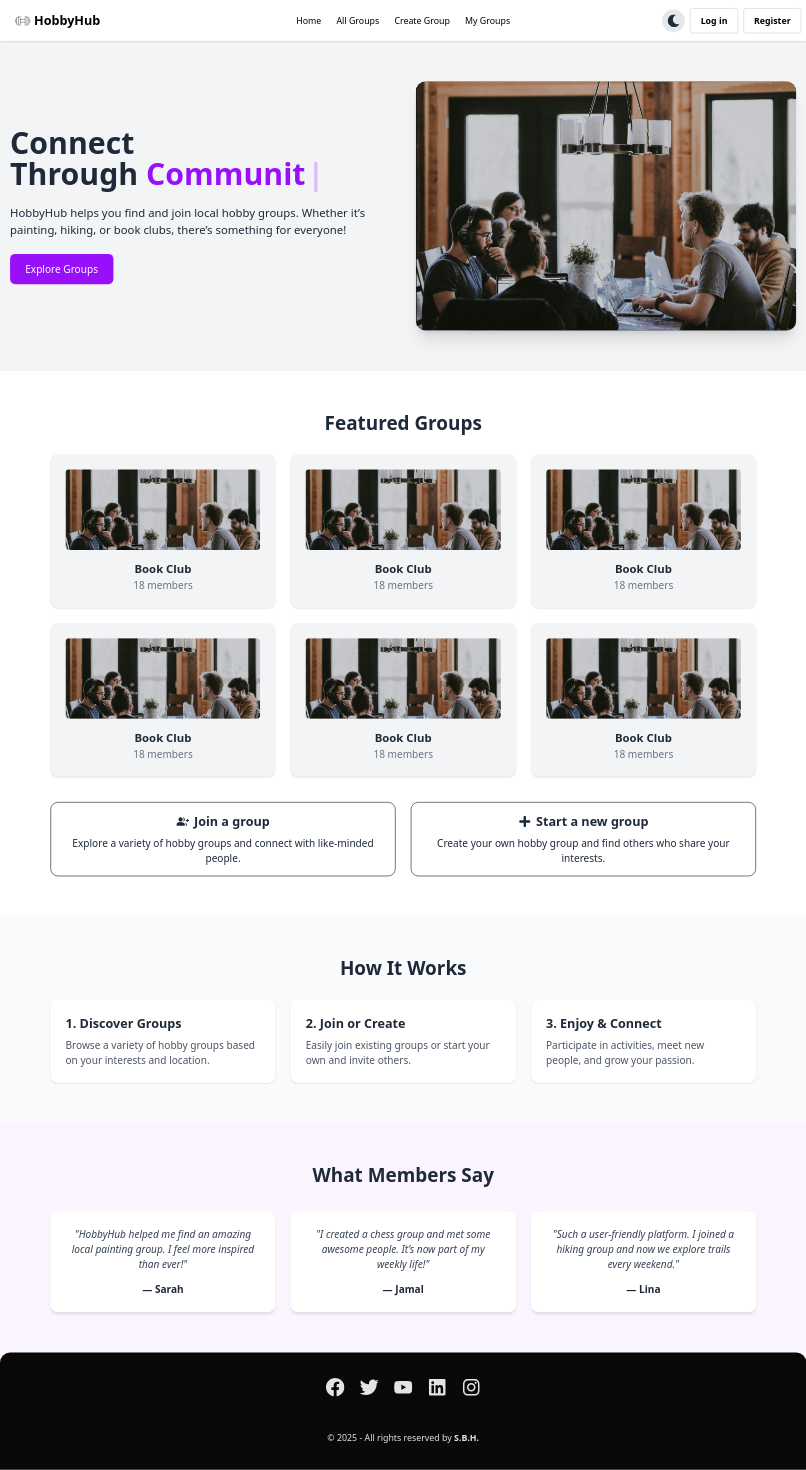
Repository: syedbayzid82849/Hobby_Hub_Client_site
Page: /
The author's editor kept a copy of each file at every save. The page is drawn from the files as they stood at one save, then again after a run of saves.
The browser window is 1280 px wide. The pictures show the whole page, at 63% of full size.
The project was rebuilt for these pictures with package versions that can differ from the ones it lists, and the page was loaded fresh each time. Also part of the build but not shown: src/App.jsx.

Above is the page before, as saved 2025-05-20 20:04:41.

After the next 2 saves:
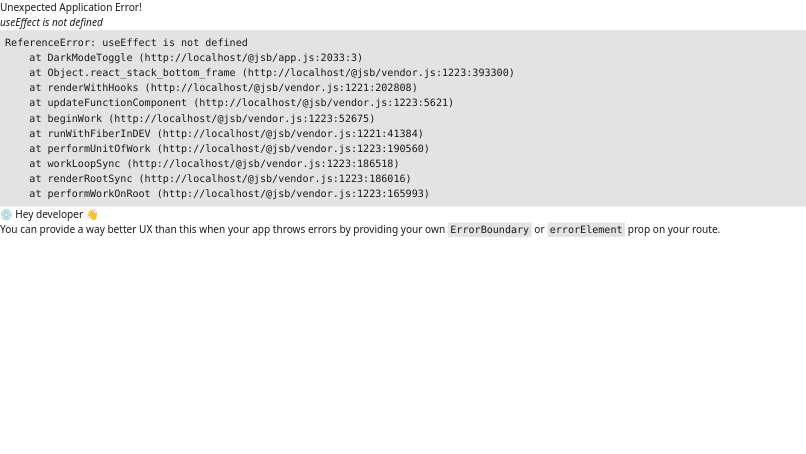
The 2 saves are shown as one change because they came seconds apart.
The last was saved 17 s later.
--- a/src/Components/DarkModeToggle/DarkModeToggle.jsx
+++ b/src/Components/DarkModeToggle/DarkModeToggle.jsx
@@ -1,32 +1,28 @@
-import { useEffect, useState } from "react";
-import { FaMoon, FaSun } from "react-icons/fa";
+// DarkModeToggle.jsx
 
 const DarkModeToggle = () => {
-    const [isDark, setIsDark] = useState(() => {
-        const stored = localStorage.getItem("theme");
-        return stored === "dark" || (!stored && window.matchMedia('(prefers-color-scheme: dark)').matches);
-    });
+    const handleToggle = () => {
+        const root = window.document.documentElement;
+        if (root.classList.contains("dark")) {
+            root.classList.remove("dark");
+            localStorage.setItem("theme", "light");
+        } else {
+            root.classList.add("dark");
+            localStorage.setItem("theme", "dark");
+        }
+    };
 
+    // set initial theme from localStorage
     useEffect(() => {
-        const html = document.documentElement;
-        if (isDark) {
-            html.classList.add("dark");
-            localStorage.setItem("theme", "dark");
-        } else {
-            html.classList.remove("dark");
-            localStorage.setItem("theme", "light");
+        const savedTheme = localStorage.getItem("theme");
+        if (savedTheme === "dark") {
+            document.documentElement.classList.add("dark");
         }
-    }, [isDark]);
-
-    const toggleTheme = () => setIsDark(prev => !prev);
+    }, []);
 
     return (
-        <button
-            onClick={toggleTheme}
-            className="text-xl p-2 rounded-full bg-gray-200 dark:bg-gray-700 hover:scale-110 transition"
-            aria-label="Toggle Dark Mode"
-        >
-            {isDark ? <FaSun className="text-yellow-400" /> : <FaMoon className="text-gray-800" />}
+        <button onClick={handleToggle} className="btn">
+            Toggle Mode
         </button>
     );
 };

After the 3 saves that followed:
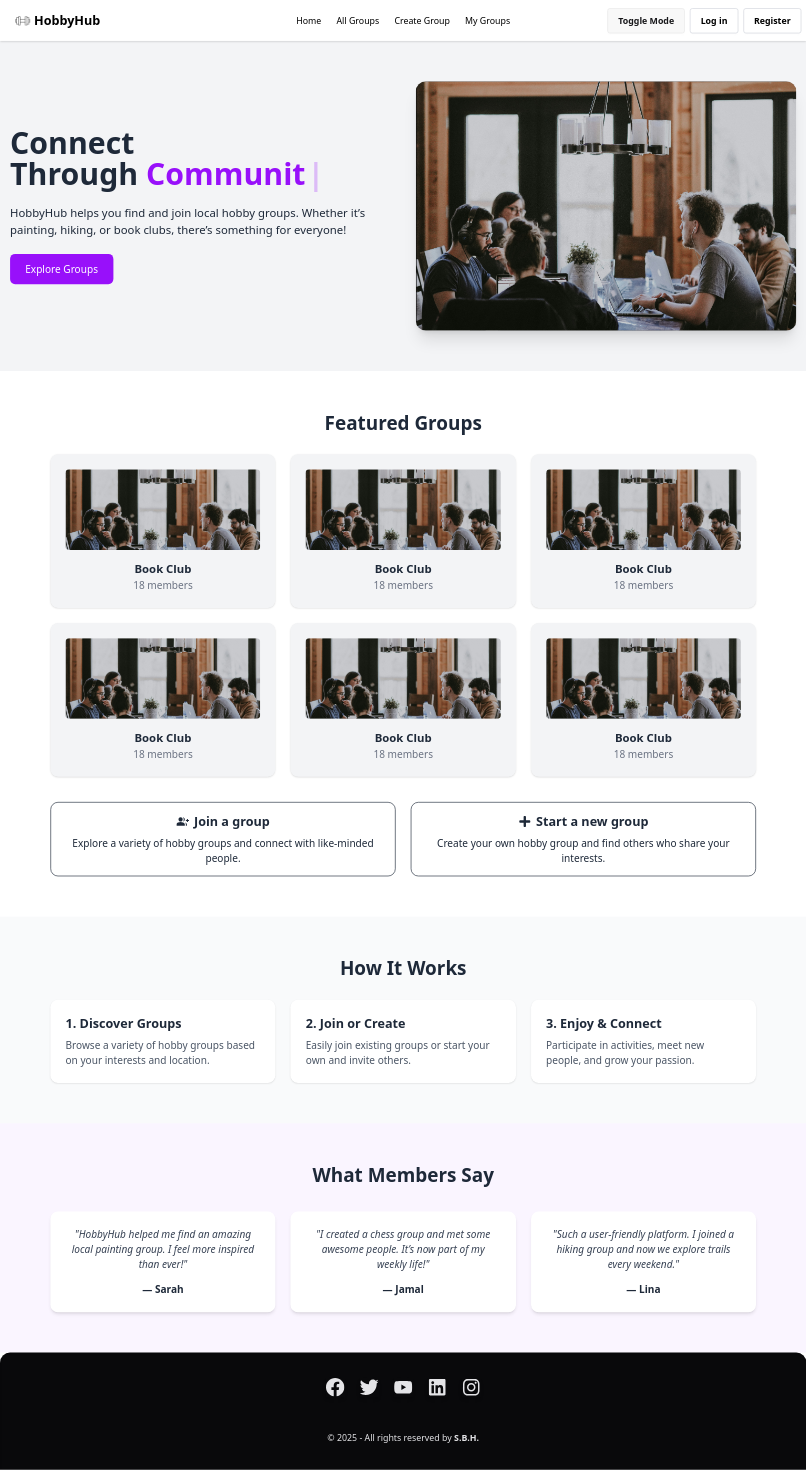
The 3 saves are shown as one change because they came seconds apart.
The last was saved 27 s later.
--- a/src/Components/DarkModeToggle/DarkModeToggle.jsx
+++ b/src/Components/DarkModeToggle/DarkModeToggle.jsx
@@ -1,4 +1,6 @@
 // DarkModeToggle.jsx
+
+import { useEffect } from "react";
 
 const DarkModeToggle = () => {
     const handleToggle = () => {
